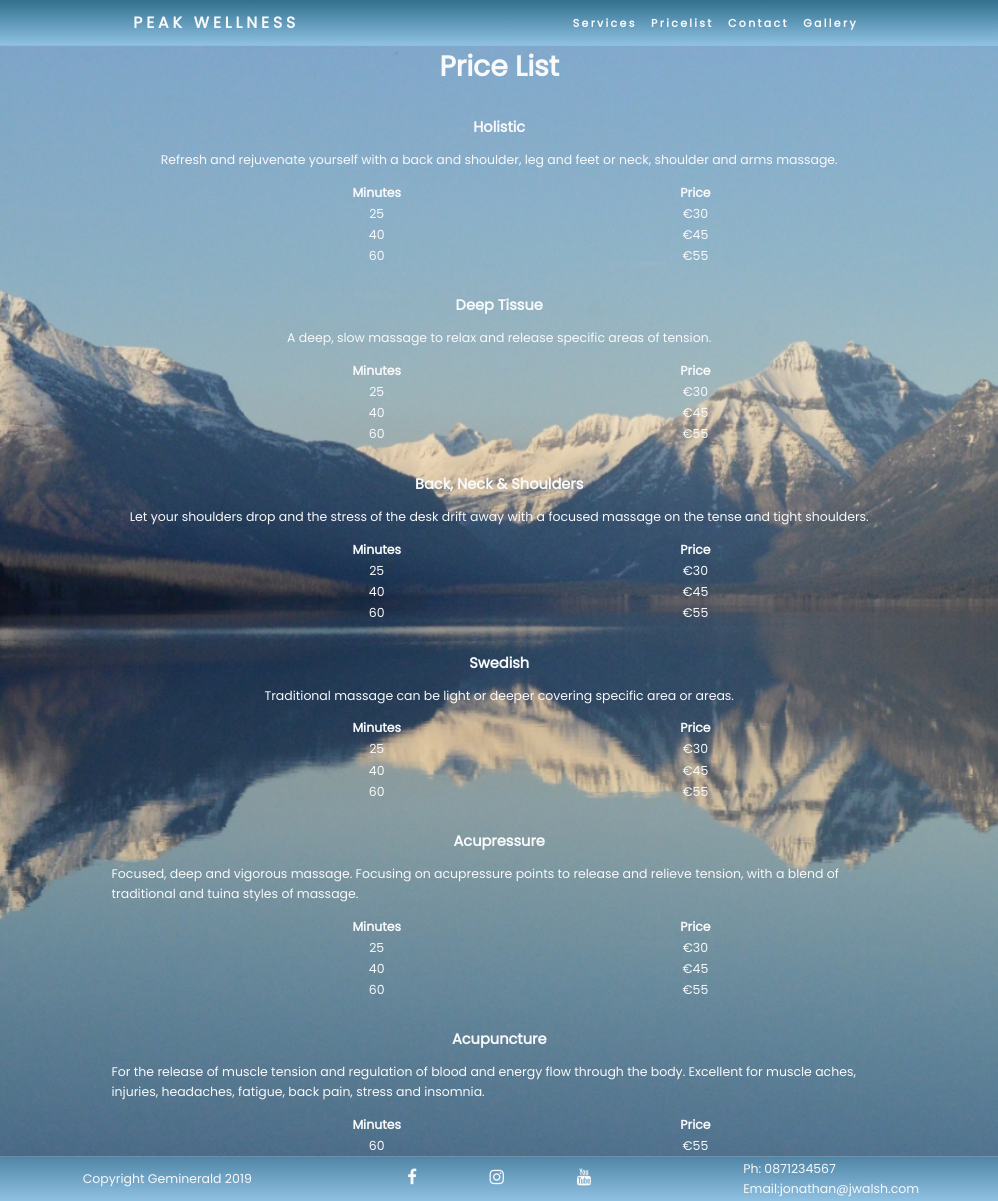
Repository: geminerald/peakwellness
Page: prices.html
The author's editor kept a record of every edit. The page is drawn from the files as they stood at one moment, then again after the next edit.
The browser window is 1280 px wide. The pictures show the whole page, at 78% of full size.

Above is the page before.

After the next edit:
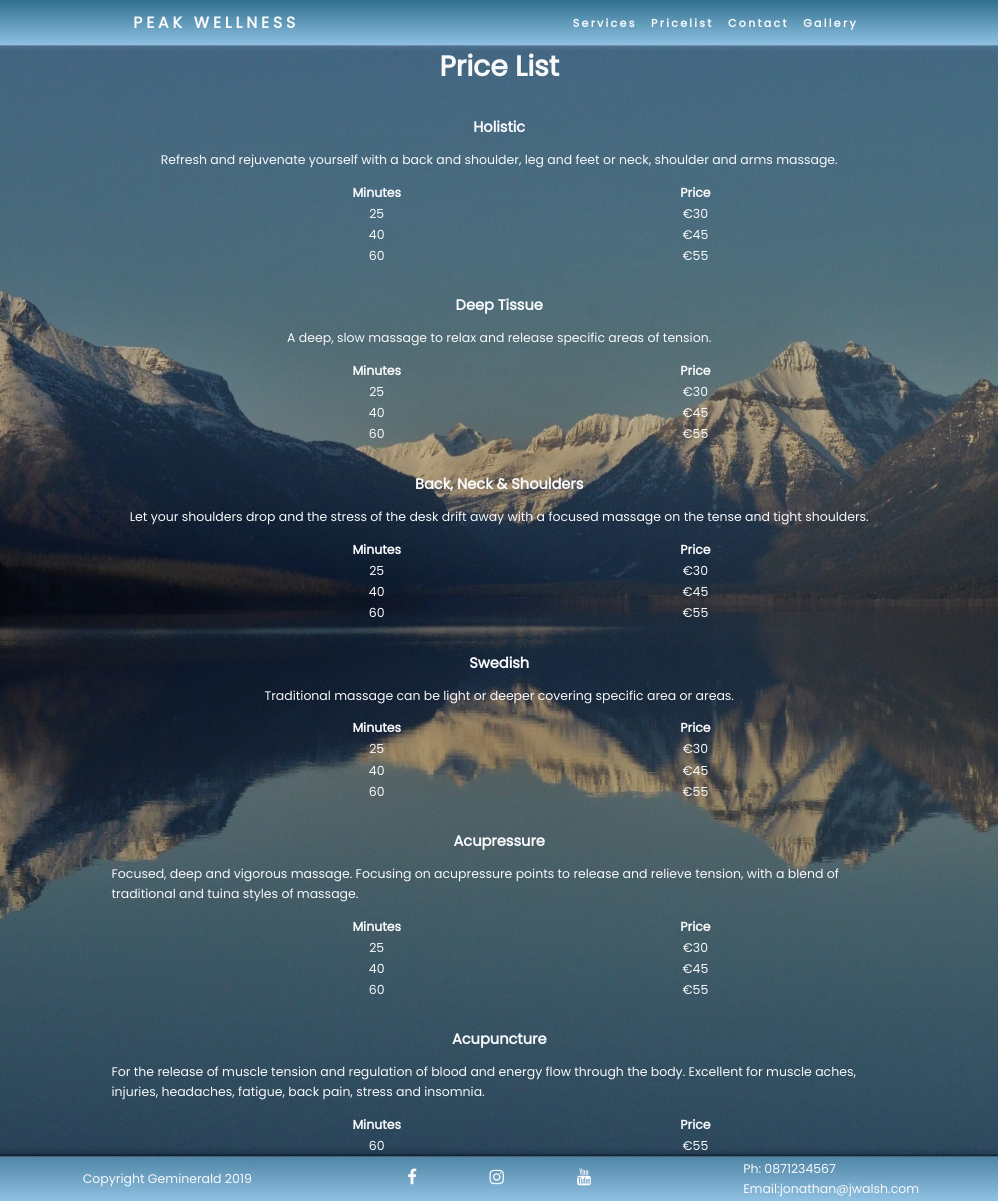
The edit:
--- a/assets/style.css
+++ b/assets/style.css
@@ -42,7 +42,7 @@
 
 .price-container{
     color:#f7f9fb;
-    background-image: url("../images/home-bg.jpg");
+    background-image: url("../images/price-bg.jpg");
     background-repeat: no-repeat;
     background-position: center;
     background-size: cover;
